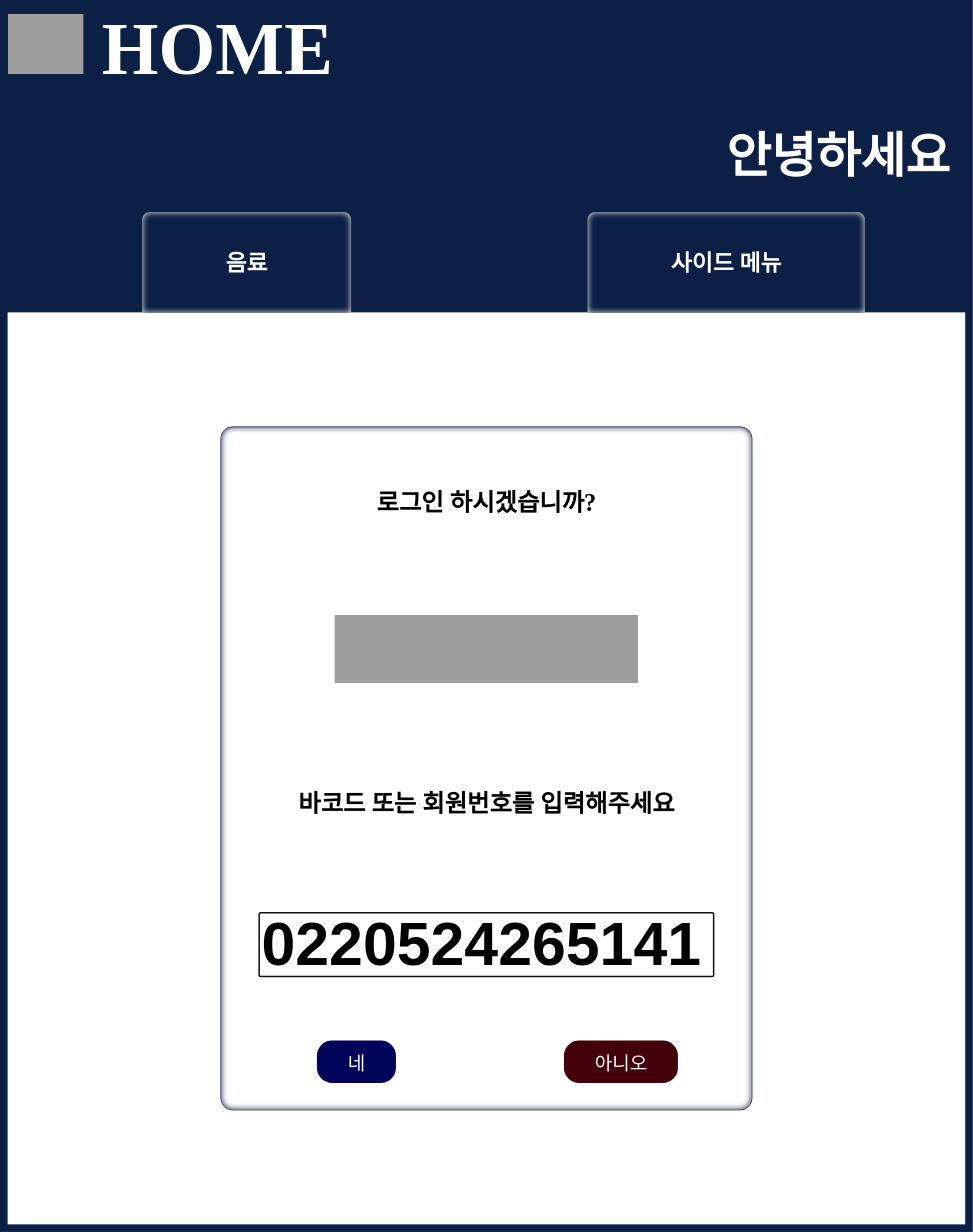
Repository: DevJoeYC/Metabukcs
Page: http://localhost/metabucks/KIOSK/login.jsp
An editor plug-in stored every save of this project. The page is shown before and after the next save, followed by the edit.
The browser window is 1280 px wide. The pictures show the whole page, at 76% of full size.
Pictures or frames that could not be fetched are drawn as grey boxes. The page is served by Tomcat 9.

Above is the page before, as saved 2022-05-27 06:20:48.

After the next save:
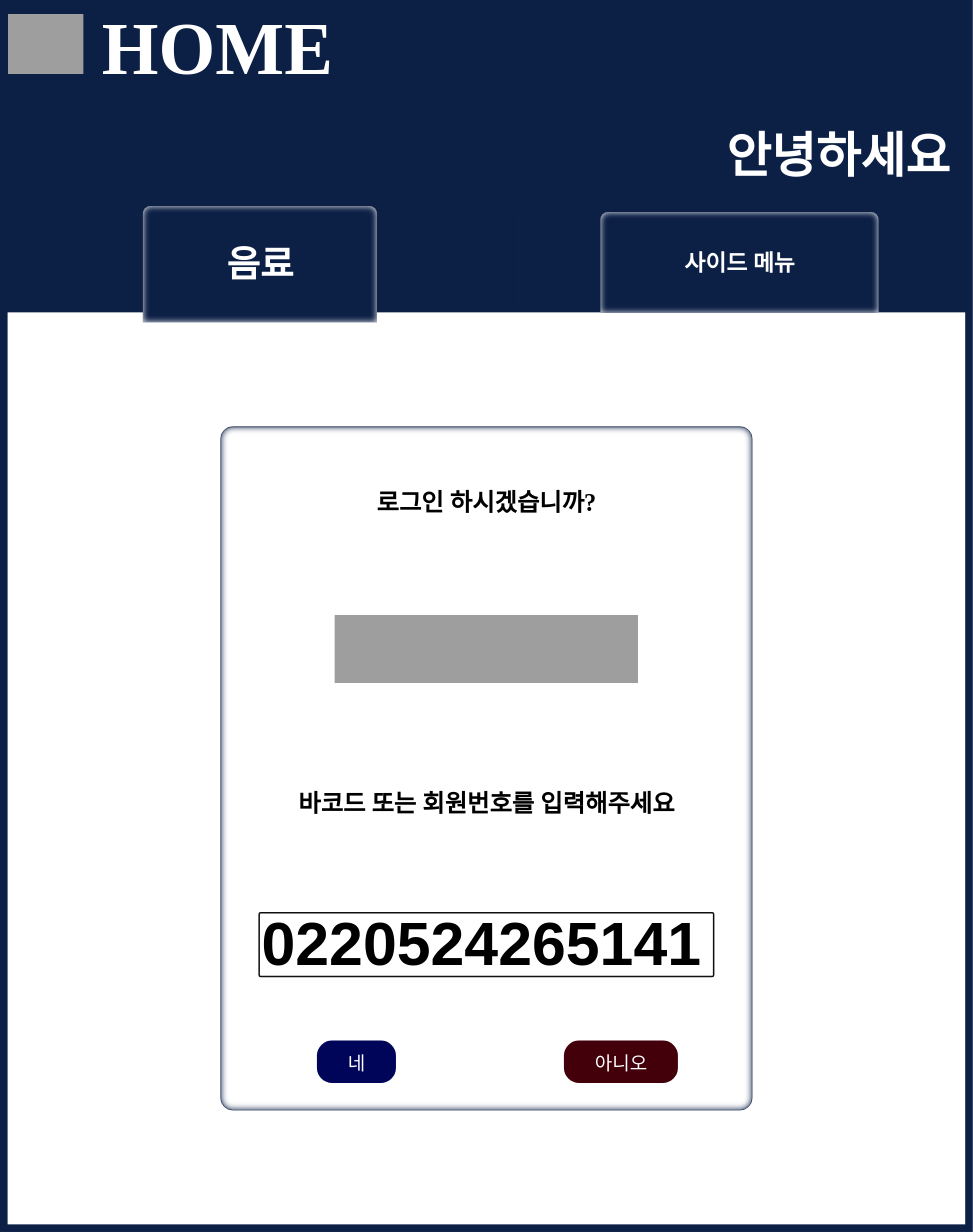
Saved 19 s later.
--- a/metabucks/WebContent/KIOSK/includes/head.jsp
+++ b/metabucks/WebContent/KIOSK/includes/head.jsp
@@ -48,7 +48,7 @@
 				</td>
 			</tr>
 			<tr>
-				<td id="bar"  height="130px" width="100px" style="text-align:center">
+				<td id="bar"  height="130px" width="100px" style="text-align:center; font-size:3rem;">
 					<a id="menu" style="color: white" href="drinkmenu.jsp">음료</a>
 				</td>
 				<td id="bar" width="130px" style="text-align:center">

After the save that followed:
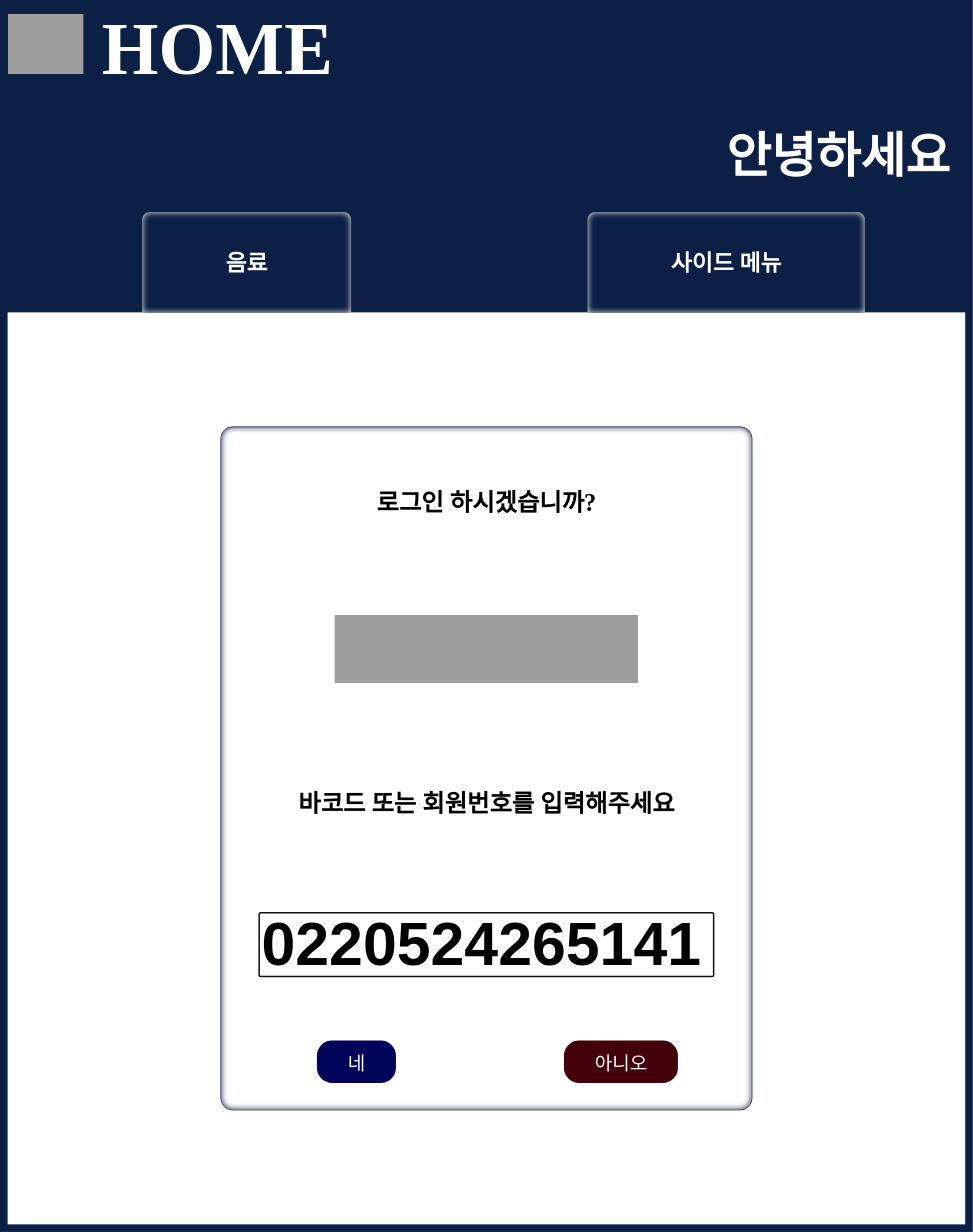
Saved 14 s later.
--- a/metabucks/WebContent/KIOSK/includes/head.jsp
+++ b/metabucks/WebContent/KIOSK/includes/head.jsp
@@ -48,7 +48,7 @@
 				</td>
 			</tr>
 			<tr>
-				<td id="bar"  height="130px" width="100px" style="text-align:center; font-size:3rem;">
+				<td id="bar"  height="130px" width="100px" style="text-align:center">
 					<a id="menu" style="color: white" href="drinkmenu.jsp">음료</a>
 				</td>
 				<td id="bar" width="130px" style="text-align:center">
